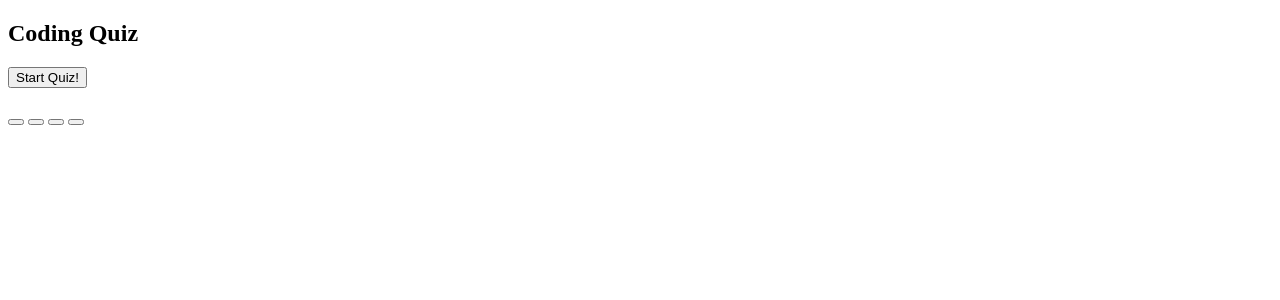
Repository: ziffoit/Code-Quiz
Page: index.html
The author's editor kept a copy of each file at every save. The page is drawn from the files as they stood at one save, then again after the next save.
The browser window is 1280 px wide. The pictures show the whole page.

Above is the page before, as saved 2021-03-12 10:48:10.

After the next save:
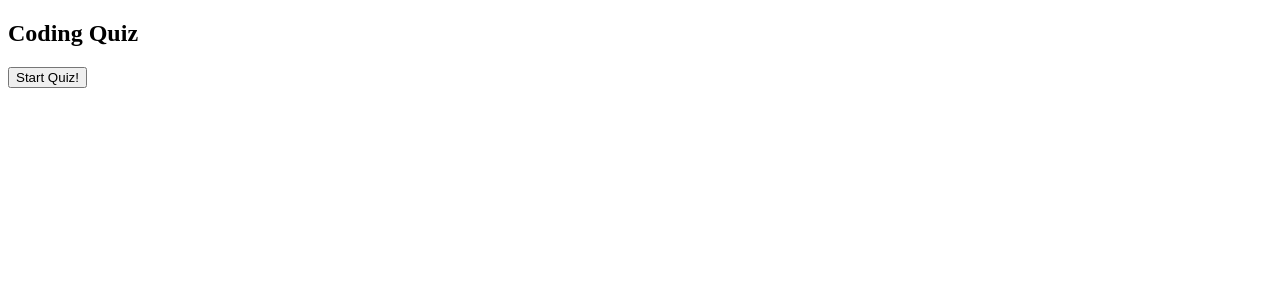
Saved 4 s later.
--- a/index.html
+++ b/index.html
@@ -16,12 +16,12 @@
       <p></p>
       <button id="startQuiz">Start Quiz!</button>
     </section>
-    <section>
+    <section id="quizSection">
       <h1 id="quizQuestion"></h1>
-      <button id="answer1"></button>
+      <!-- <button id="answer1"></button>
       <button id="answer2"></button>
       <button id="answer3"></button>
-      <button id="answer4"></button>
+      <button id="answer4"></button> -->
       <div id="previousResult"></div>
     </section>
     <script src="./Assets/script.js"></script>
